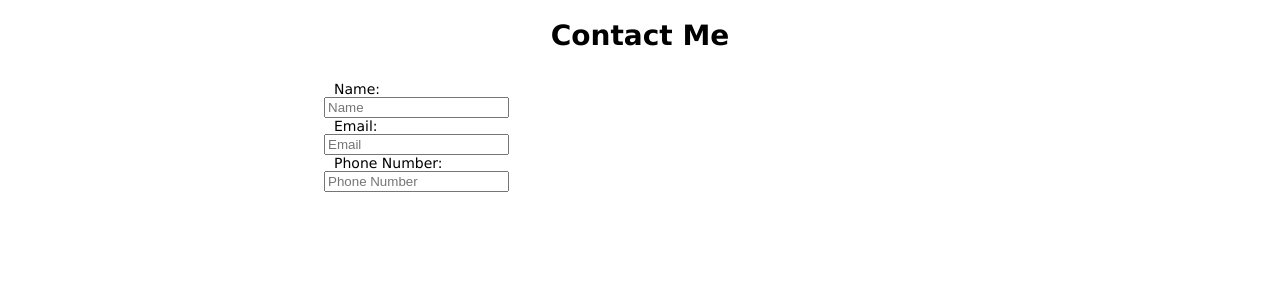
Repository: JanakanS95/COMP-229-Assignment-1
Page: http://localhost/contact
The author's editor kept a copy of each file at every save. The page is drawn from the files as they stood at one save, then again after the next save.
The browser window is 1280 px wide. The pictures show the whole page.
The page is served by the project's Node server (app.js).

Above is the page before, as saved 2021-06-03 17:03:03.

After the next save:
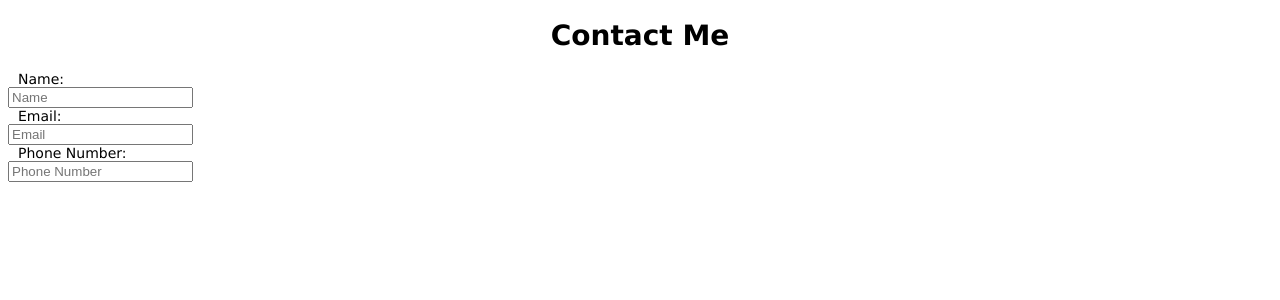
Saved 9 s later.
--- a/public/Content/contact.css
+++ b/public/Content/contact.css
@@ -1,9 +1,9 @@
-form{
+/* form{
     margin : auto;
     width : 50%;
     height: 50%;
     padding : 10px;
-}
+} */
 
 body {
     font: 14px "Lucida Grande", Helvetica, Arial, sans-serif;
